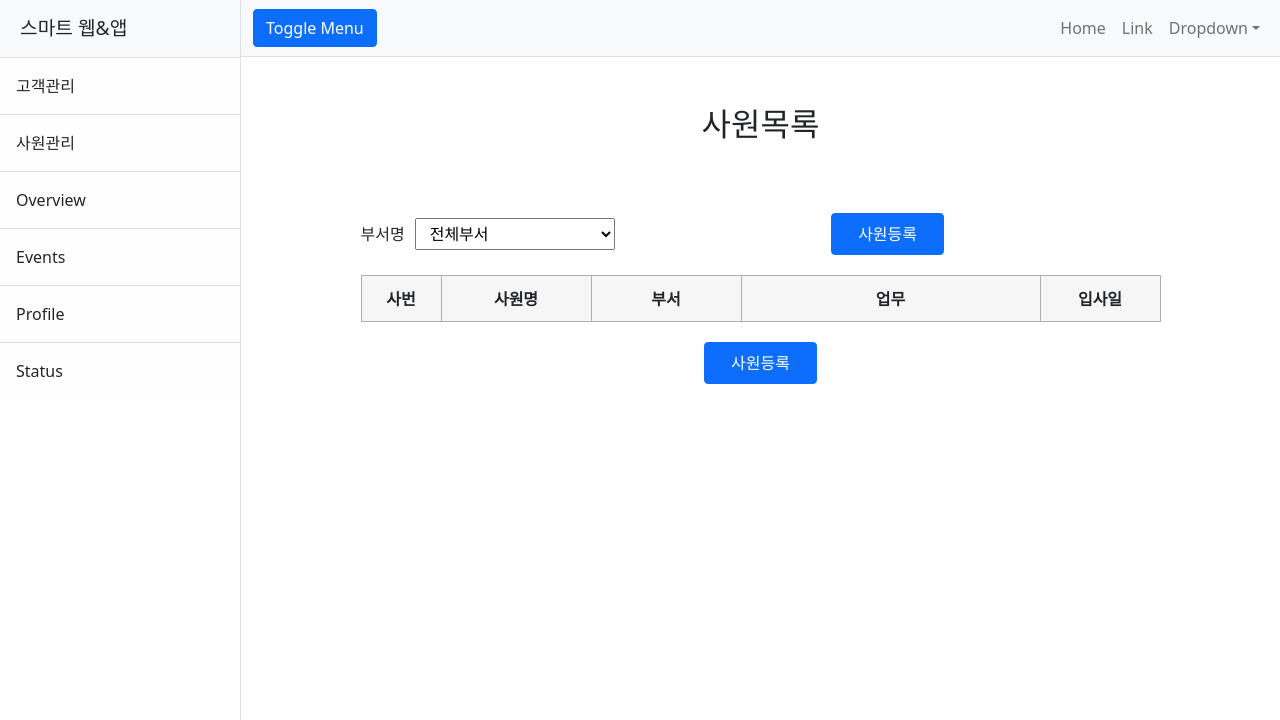
Repository: iwonhee/Study_Servlet
Page: http://localhost/web/employee/list.jsp
The author's editor kept a copy of each file at every save. The page is drawn from the files as they stood at one save, then again after a run of saves.
The browser window is 1280 px wide. The pictures show the whole page.
The page is served by Tomcat 9. Other server files are loaded and not shown. The template is opened directly, without the code that normally fills it, so the values that code supplies are empty.

Above is the page before, as saved 2022-11-28 07:59:17.

### web/src/main/webapp/employee/list.jsp
<%@ page language="java" contentType="text/html; charset=UTF-8"
    pageEncoding="UTF-8"%>
<%@ taglib uri="http://java.sun.com/jsp/jstl/core" prefix="c"%>
<!DOCTYPE html>
<html>
<head>
<meta charset="UTF-8">
<meta name="viewport" content="width=device-width, initial-scale=1, shrink-to-fit=no" />
<title>Insert title here</title>
</head>
<body>
    <div class="d-flex" id="wrapper">
        <!-- SideBar-->
        <jsp:include page="/include/sidebar.jsp"></jsp:include>
        <!-- Page content wrapper-->
	<div id="page-content-wrapper">
        <!-- Top navigation-->
        <jsp:include page="/include/navigation.jsp"></jsp:include>
        <!-- Page content-->
    <div class="container-fluid">
    	<h2 class="mt-5">사원목록</h2>

    	<form method='post' action='list.hr'>
    	<div class='list-flex w-px800' >
	    	<div id='list-top'>
	    		<ul>
	    			<li>부서명</li>
	    			<li>
	    				<select class='w-px200' onchange='$("form").submit()'>
	    					<option value='-1'>전체부서</option>
	    					<c:forEach items='${dList}' var='d'>
		    					<option value='${d.department_id}'>${d.department_name}</option>
	    					</c:forEach>
	    				</select>
	    			</li>
	    		</ul>
	    	</div>

	    	<div class='btnSet'>
	    		<button class='btn btn-primary'
	    				onclick='location="insert.hr"'>사원등록</button>
	    	</div>
	    </div>
    	<table class="w-px800">
    	<colgroup>
    		<col width='80px'>
    		<col width='150px'>
    		<col width='150px'>
    		<col>
    		<col width='120px'>
    	</colgroup>
    	<tr>
    		<th>사번</th>
    		<th>사원명</th>
    		<th>부서</th>
    		<th>업무</th>
    		<th>입사일</th>
    	</tr>
    	<c:forEach items="${list}" var="dto">
	    	<tr>
	    		<td>${dto.employee_id}</td>
	    		<td class='click'><a href='info.hr?id=${dto.employee_id}'>${dto.name}</a></td>
	    		<td>${dto.department_name}</td>
	    		<td>${dto.job_title}</td>
	    		<td>${dto.hire_date}</td>
	    	</tr>
    	</c:forEach>
    	</table>

    	</form>

        <div class="btnSet">
        	<button class="btn btn-primary" onclick='location="insert.hr"'>사원등록</button>
        </div>

            </div> <!-- #wrapper -->
        </div> <!-- #page-content-wrapper -->
    </div> <!-- .container-fluid -->
</body>
</html>

### web/src/main/webapp/include/sidebar.jsp
<%@ page language="java" contentType="text/html; charset=UTF-8"
    pageEncoding="UTF-8"%>
<%@ taglib uri="http://java.sun.com/jsp/jstl/core" prefix="c"%>
<head>
	<link rel="icon" type="image/x-icon" href="assets/favicon.ico" />
	<link href="css/styles.css" rel="stylesheet" />
	<link href="css/common.css?<%= new java.util.Date() %>" rel="stylesheet" />

	<script src="https://code.jquery.com/jquery-3.6.1.js"></script>
	<script src="https://cdn.jsdelivr.net/npm/bootstrap@5.1.3/dist/js/bootstrap.bundle.min.js"></script>
	<script src="js/scripts.js"></script>

</head>

<body>
<div class="border-end bg-white" id="sidebar-wrapper">
    <div class="sidebar-heading border-bottom bg-light"><a href='<c:url value="/"/>'>스마트 웹&amp;앱</a></div>
    <div class="list-group list-group-flush">
        <a class="${category eq 'cu' ? 'category' : ''} list-group-item list-group-item-action list-group-item-light p-3" href="list.cu">고객관리</a>
        <a class="${category eq 'hr' ? 'category' : ''} list-group-item list-group-item-action list-group-item-light p-3" href="list.hr">사원관리</a>
        <a class="list-group-item list-group-item-action list-group-item-light p-3" href="#!">Overview</a>
        <a class="list-group-item list-group-item-action list-group-item-light p-3" href="#!">Events</a>
        <a class="list-group-item list-group-item-action list-group-item-light p-3" href="#!">Profile</a>
        <a class="list-group-item list-group-item-action list-group-item-light p-3" href="#!">Status</a>
    </div>
</div>
</body>

### web/src/main/webapp/include/navigation.jsp
<%@ page language="java" contentType="text/html; charset=UTF-8"
    pageEncoding="UTF-8"%>
<%@ taglib uri="http://java.sun.com/jsp/jstl/core" prefix="c"%>
<link rel="icon" type="image/x-icon" href="assets/favicon.ico" />
<link href="css/styles.css" rel="stylesheet" />
<nav class="navbar navbar-expand-lg navbar-light bg-light border-bottom">
    <div class="container-fluid">
        <button class="btn btn-primary" id="sidebarToggle">Toggle Menu</button>
        <button class="navbar-toggler" type="button" data-bs-toggle="collapse" data-bs-target="#navbarSupportedContent" aria-controls="navbarSupportedContent" aria-expanded="false" aria-label="Toggle navigation"><span class="navbar-toggler-icon"></span></button>
        <div class="collapse navbar-collapse" id="navbarSupportedContent">
            <ul class="navbar-nav ms-auto mt-2 mt-lg-0">
                <li class="nav-item active"><a class="nav-link" href="#!">Home</a></li>
                <li class="nav-item"><a class="nav-link" href="#!">Link</a></li>
                <li class="nav-item dropdown">
                    <a class="nav-link dropdown-toggle" id="navbarDropdown" href="#" role="button" data-bs-toggle="dropdown" aria-haspopup="true" aria-expanded="false">Dropdown</a>
                    <div class="dropdown-menu dropdown-menu-end" aria-labelledby="navbarDropdown">
                        <a class="dropdown-item" href="#!">Action</a>
                        <a class="dropdown-item" href="#!">Another action</a>
                        <div class="dropdown-divider"></div>
                        <a class="dropdown-item" href="#!">Something else here</a>
                    </div>
                </li>
            </ul>
        </div>
    </div>
</nav>

### web/src/main/webapp/css/common.css
@charset "UTF-8";
body{text-align:center;}
table th, table td{
	border:1px solid #b0b0b0;
}
ul{
	list-style: none;
	align-items: center;
	padding:0;
}
.list-flex{
	display:flex;
	justify-content: space-between;
	align-items: center;
	margin:0 auto;
}
#list-top{
	display:flex;
	justify-content: space-between;
}
#list-top ul{display:flex;}
#list-top ul li:not(:first-child){margin-left:10px;}
.category{background-color:#0b5ed7 !important; color:#fff !important;}
table { text-align:center; margin: 0 auto;}
.btnSet{text-align:center; margin:20px auto;}
.btnSet button{padding: 8px 26px;}
table tr{height:46px;}
table.tb_list tr{height:38px;}
table td{ padding: 8px 10px }
table th{ background-color:#f6f6f6; text-align:center;}
h2{margin:50px auto; text-align:center; margin-top:30px;}

a:link, a:visited{text-decoration:none; color:inherit}
a:hover{ text-decoration:underline; color:#3367d6;}

select{
	height:32px;
	cursor:pointer;
	padding-left:10px;
}

.click{padding:0}
.click a{display:block; padding:12px 0 9px 0; transition:all .2s}
.click a:hover{background-color:#0d6efd; color:#fff; text-decoration:none}

.mr-5{margin-right:20px;}

.w-pct80 { width: 80% }
.w-pct60 { width: 60% }
.w-pct40 { width: 40% }

.w-px40 { width: 40px }
.w-px60 { width: 60px }
.w-px80 { width: 80px }
.w-px100 { width: 100px }
.w-px120 { width: 120px }
.w-px140 { width: 140px }
.w-px160 { width: 160px }
.w-px180 { width: 180px }
.w-px200 { width: 200px }
.w-px300 { width: 300px }
.w-px400 { width: 400px }
.w-px500 { width: 500px }
.w-px600 { width: 600px }
.w-px800 { width: 800px }
.w-px1000 { width: 1000px }

### web/src/main/webapp/js/scripts.js
/*!
* Start Bootstrap - Simple Sidebar v6.0.5 (https://startbootstrap.com/template/simple-sidebar)
* Copyright 2013-2022 Start Bootstrap
* Licensed under MIT (https://github.com/StartBootstrap/startbootstrap-simple-sidebar/blob/master/LICENSE)
*/
//
// Scripts
//

window.addEventListener('DOMContentLoaded', event => {

    // Toggle the side navigation
    const sidebarToggle = document.body.querySelector('#sidebarToggle');
    if (sidebarToggle) {
        // Uncomment Below to persist sidebar toggle between refreshes
        // if (localStorage.getItem('sb|sidebar-toggle') === 'true') {
        //     document.body.classList.toggle('sb-sidenav-toggled');
        // }
        sidebarToggle.addEventListener('click', event => {
            event.preventDefault();
            document.body.classList.toggle('sb-sidenav-toggled');
            localStorage.setItem('sb|sidebar-toggle', document.body.classList.contains('sb-sidenav-toggled'));
        });
    }

});

Loaded but not shown: web/src/main/webapp/css/styles.css (library)

After the next 2 saves:
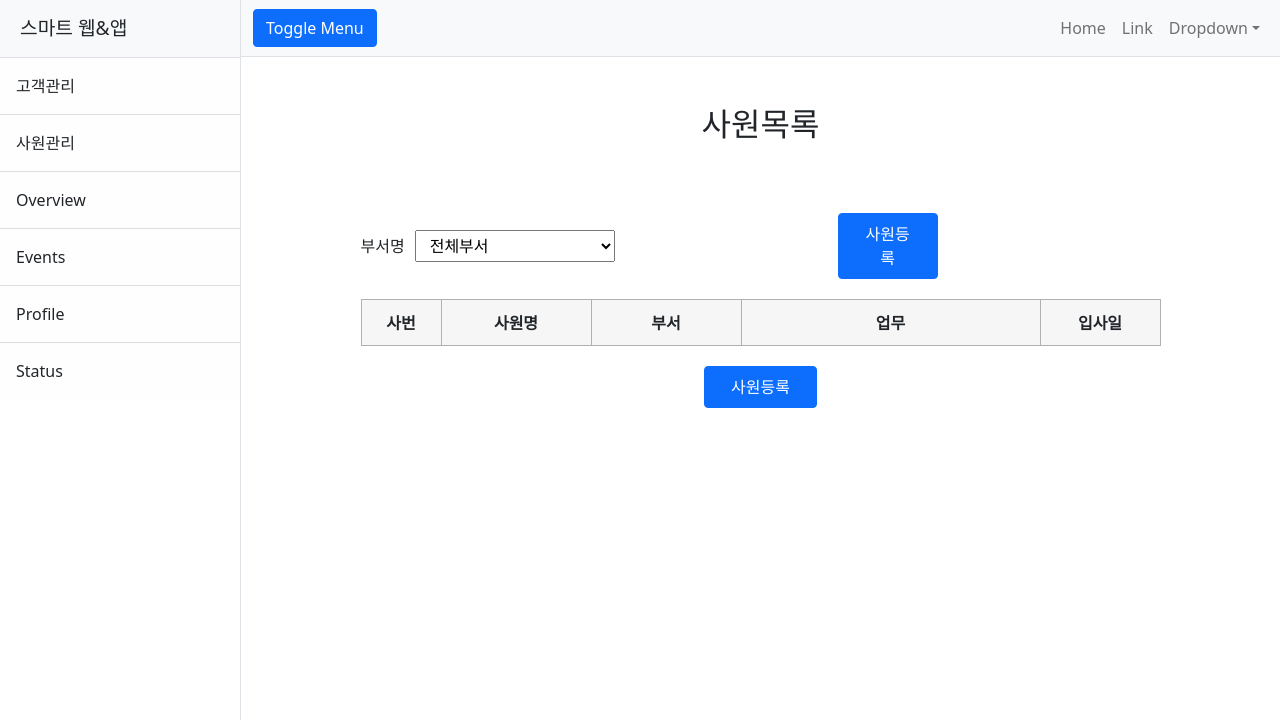
The 2 saves are shown as one change because they came seconds apart.
The last was saved 42 s later.
--- a/web/src/main/webapp/employee/list.jsp
+++ b/web/src/main/webapp/employee/list.jsp
@@ -36,7 +36,7 @@
 	    		</ul>
 	    	</div>
 
-	    	<div class='btnSet'>
+	    	<div class='btnSet w-px100'>
 	    		<button class='btn btn-primary'
 	    				onclick='location="insert.hr"'>사원등록</button>
 	    	</div>
